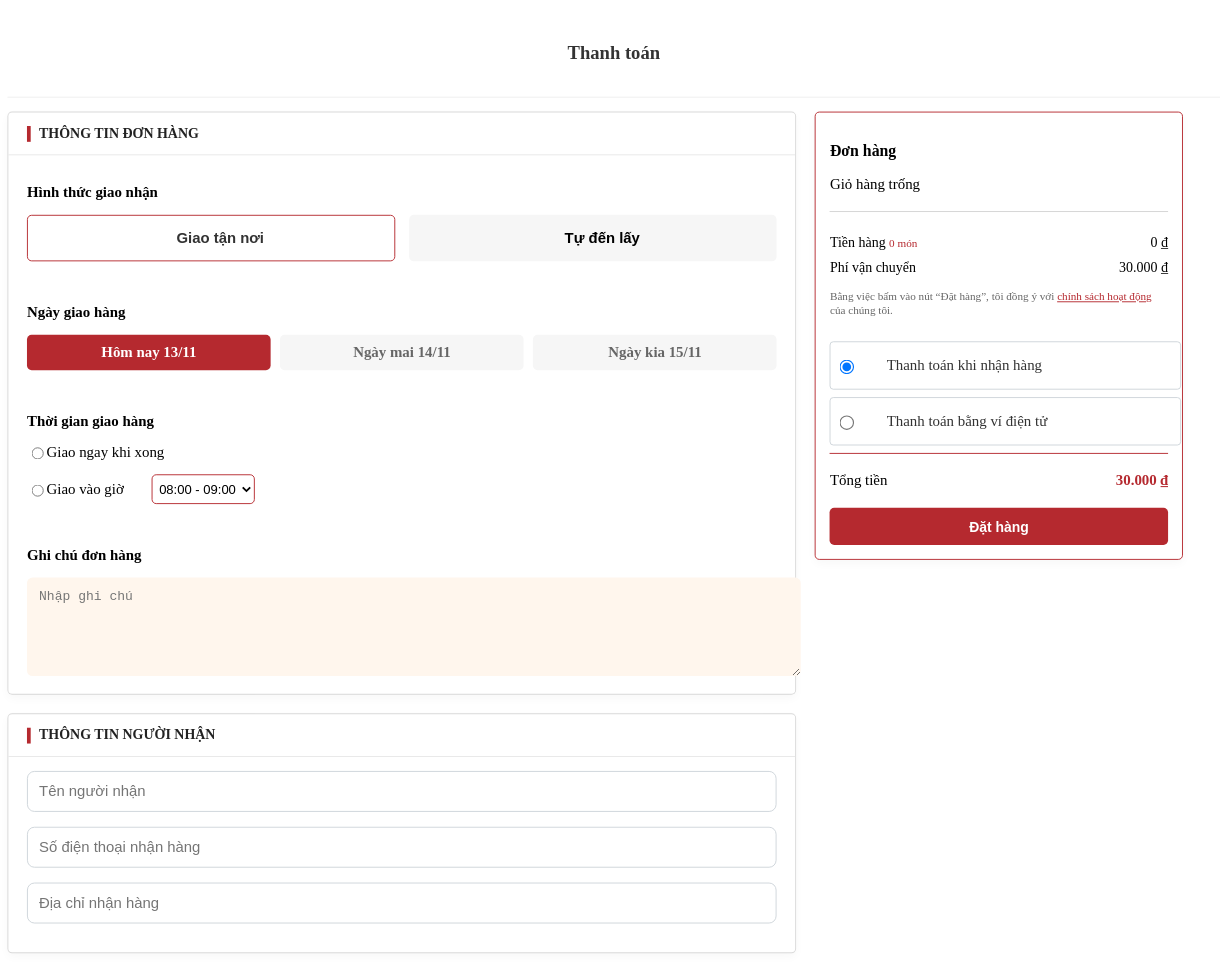
Repository: tqchuong/project_giuaky_ltw
Page: html/checkout.html
These files come from the project's save history. The page is drawn as it stood at one moment and after the next save; the edit follows.
The browser window is 1280 px wide. The page is 1312 px wide, so the pictures cover 1312 px, including what lies to the right of the window. The pictures show the whole page, at 93% of full size.
Some icons come from a web library that is not loaded, so they are not drawn.

Above is the page before, as saved 2024-11-15 23:20:52.
Console error: ReferenceError: $ is not defined

After the next save:
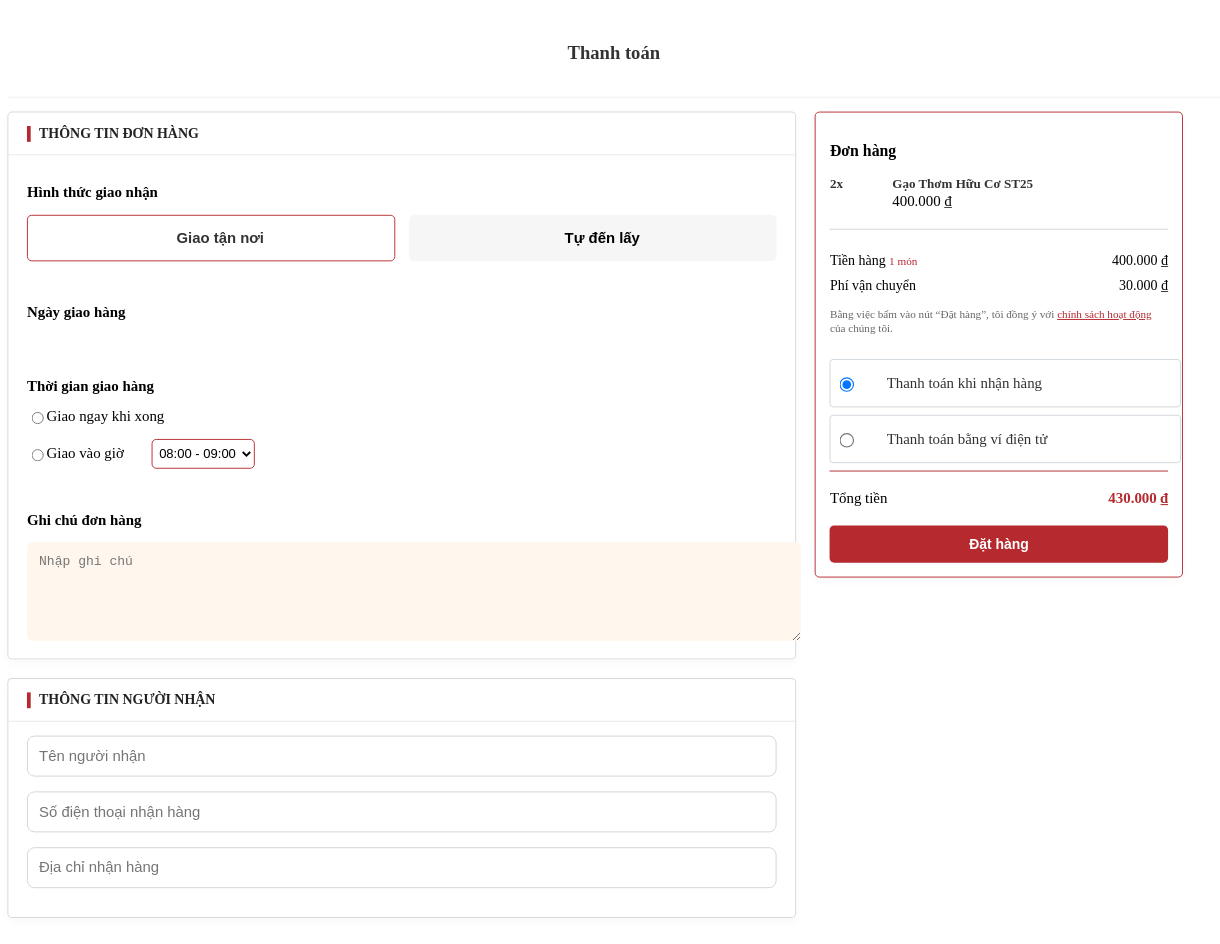
Saved 83 s later.
--- a/js/checkout.js
+++ b/js/checkout.js
@@ -33,52 +33,9 @@ function setupDeliveryDates() {
     });
 }
 
-// Hàm hiển thị sản phẩm trong giỏ hàng
-function showProductCart() {
-    let cart = JSON.parse(localStorage.getItem('cart')) || [];
-    let listOrder = document.getElementById("list-order-checkout");
-    let listOrderHtml = '';
 
-    if (cart.length > 0) {
-        cart.forEach(item => {
-            listOrderHtml += `
-            <div class="food-total">
-                <div class="count">${item.quantity}x</div>
-                <div class="info-food">
-                    <div class="name-food">${item.title}</div>
-                    <div class="price">${vnd(item.price * item.quantity)}</div>
-                </div>
-            </div>`;
-        });
-    } else {
-        listOrderHtml = '<p>Giỏ hàng trống</p>';
-    }
 
-    listOrder.innerHTML = listOrderHtml;
-}
 
-// Hàm tính và hiển thị tổng giá trị đơn hàng
-function thanhtoanpage() {
-    setupDeliveryDates();
-    showProductCart();
-
-    let cart = JSON.parse(localStorage.getItem('cart')) || [];
-    let totalCart = cart.reduce((total, item) => total + item.price * item.quantity, 0);
-
-    let totalBillOrder = document.querySelector('.total-bill-order');
-    totalBillOrder.innerHTML = `
-        <div class="priceFlx">
-            <div class="text">Tiền hàng <span class="count">${cart.length} món</span></div>
-            <div class="price-detail"><span id="checkout-cart-total">${vnd(totalCart)}</span></div>
-        </div>
-        <div class="priceFlx chk-ship">
-            <div class="text">Phí vận chuyển</div>
-            <div class="price-detail chk-free-ship"><span>${vnd(PHIVANCHUYEN)}</span></div>
-        </div>`;
-
-    priceFinal.innerText = vnd(totalCart + PHIVANCHUYEN);
-    setupDeliveryMethod();
-}
 
 // Cấu hình phương thức giao hàng
 function setupDeliveryMethod() {
@@ -116,96 +73,3 @@ function updateTotalPrice(includeShipping) {
     }
     priceFinal.innerText = vnd(totalCart);
 }
-
-// Xử lý khi đặt hàng
-function xulyDathang() {
-    // Biến để lưu địa chỉ nhận, hình thức giao hàng, và thời gian giao hàng
-    let diachinhan = "";
-    let hinhthucgiao = "";
-    let thoigiangiao = "";
-
-    // Lấy các lựa chọn giao hàng từ form
-    const giaotannoi = document.querySelector("#giaotannoi");
-    const tudenlay = document.querySelector("#tudenlay");
-    const giaongay = document.querySelector("#giaongay");
-
-    // Xác định địa chỉ và hình thức giao hàng
-    if (giaotannoi.classList.contains("active")) {
-        const diachiInput = document.querySelector("#diachinhan");
-        diachinhan = diachiInput ? diachiInput.value : "";
-        hinhthucgiao = "Giao tận nơi";
-    } else if (tudenlay.classList.contains("active")) {
-        diachinhan = document.querySelector("#chinhanh-1").checked ?
-                     "Khu phố 6, Phường Linh Trung, TP Thủ Đức, TP HCM" :
-                     "Nhơn Tân, An Nhơn, Bình Định";
-        hinhthucgiao = "Tự đến lấy";
-    }
-
-    // Xác định thời gian giao hàng
-    if (giaongay && giaongay.checked) {
-        thoigiangiao = "Giao ngay khi xong";
-    } else {
-        thoigiangiao = document.querySelector(".choise-time").value || "Không xác định";
-    }
-
-    // Kiểm tra thông tin người nhận trước khi đặt hàng
-    let tennguoinhan = document.querySelector("#tennguoinhan").value;
-    let sdtnhan = document.querySelector("#sdtnhan").value;
-
-    if (!tennguoinhan || !sdtnhan || !diachinhan) {
-        alert("Vui lòng nhập đầy đủ thông tin người nhận.");
-        return;
-    }
-
-    // Lấy thông tin giỏ hàng
-    let cart = JSON.parse(localStorage.getItem('cart')) || [];
-    let tongtien = cart.reduce((total, item) => total + item.price * item.quantity, 0);
-    if (giaotannoi.classList.contains("active")) {
-        tongtien += PHIVANCHUYEN;
-    }
-
-    // Tạo mã đơn hàng duy nhất
-    let madon = `DH${Date.now()}`;
-
-    // Tạo thông tin đơn hàng
-    let donhang = {
-        id: madon,
-        khachhang: JSON.parse(localStorage.getItem('currentuser')).phone,
-        hinhthucgiao: hinhthucgiao,
-        ngaygiaohang: document.querySelector(".pick-date.active").getAttribute("data-date"),
-        thoigiangiao: thoigiangiao,
-        tenguoinhan: tennguoinhan,
-        sdtnhan: sdtnhan,
-        diachinhan: diachinhan,
-        tongtien: tongtien,
-        trangthai: "Chưa xử lý",
-        ghichu: document.querySelector(".note-order").value || ""
-    };
-
-    // Lưu thông tin đơn hàng và chi tiết đơn hàng vào localStorage
-    let orderList = JSON.parse(localStorage.getItem("order")) || [];
-    orderList.unshift(donhang);
-    localStorage.setItem("order", JSON.stringify(orderList));
-
-    // Lưu thông tin chi tiết đơn hàng
-    let orderDetails = JSON.parse(localStorage.getItem("orderDetails")) || [];
-    let updatedDetails = cart.map(item => ({ ...item, madon }));
-    localStorage.setItem("orderDetails", JSON.stringify(orderDetails.concat(updatedDetails)));
-
-    // Xóa giỏ hàng sau khi đặt hàng thành công
-    localStorage.removeItem("cart");
-
-    alert("Đặt hàng thành công!");
-    window.location.href = "home.html"; // Quay về trang chủ sau khi đặt hàng
-}
-
-
-// Hàm chuyển đổi giá sang định dạng VND
-function vnd(price) {
-    return price.toLocaleString('vi-VN', { style: 'currency', currency: 'VND' });
-}
-
-// Khởi tạo trang thanh toán khi DOM sẵn sàng
-document.addEventListener("DOMContentLoaded", function() {
-    thanhtoanpage();
-});
